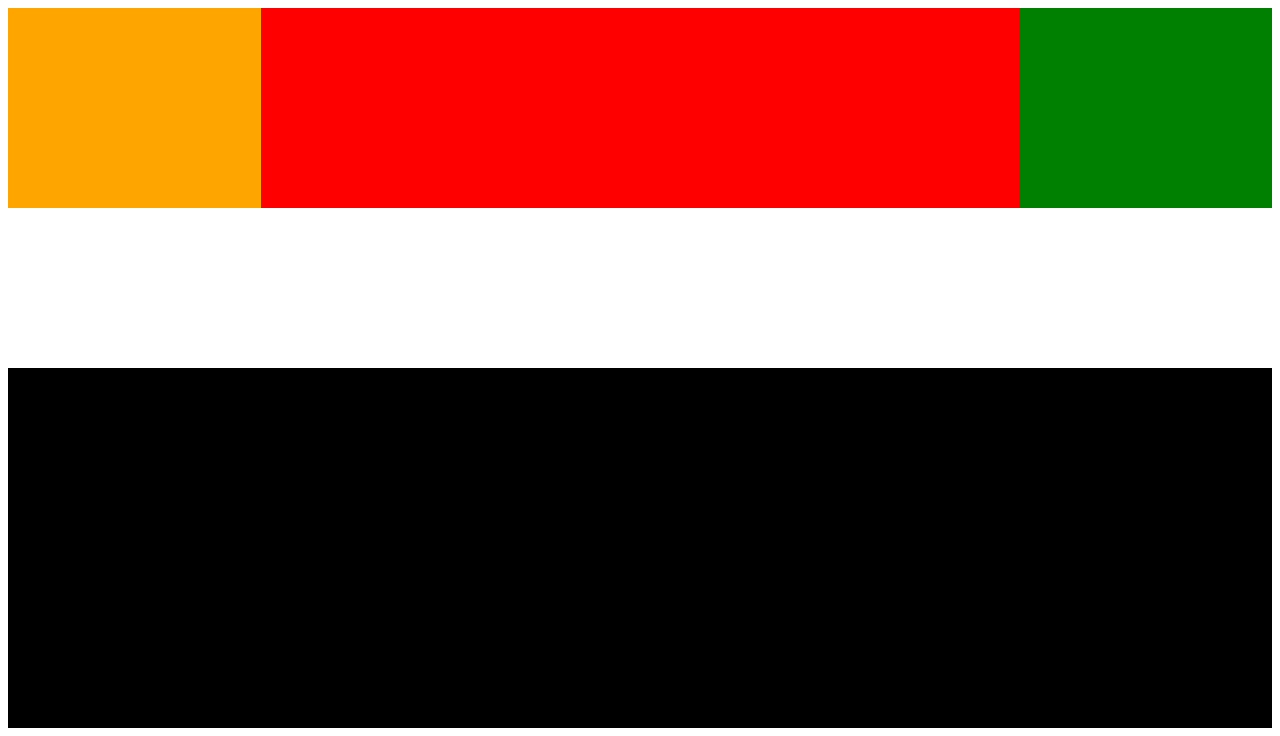
Repository: fixbb/workspace
Page: 015元素的浮动布局/index2.html
The author's editor kept a copy of each file at every save. The page is drawn from the files as they stood at one save, then again after the next save.
The browser window is 1280 px wide. The pictures show the whole page.

Above is the page before, as saved 2021-08-29 21:26:40.

### 015元素的浮动布局/index2.html
<!DOCTYPE html>
<html lang="en">

<head>
    <meta charset="UTF-8">
    <meta http-equiv="X-UA-Compatible" content="IE=edge">
    <meta name="viewport" content="width=device-width, initial-scale=1.0">
    <title>Document</title>
    <style>
        .a {
            width: 20%;
            background: orange;
        }

        .b {
            width: 60%;
            background: red;
        }

        .c {
            width: 20%;
            background: green;
        }

        .a,
        .b,
        .c {
            float: left;
            height: 200px;
        }

        .h {
            height: 360px;
            background: black;
        }
        .hh {
            height: 360px;
            background: white;
        }
    </style>
</head>

<body>
    <!-- 编写完一个横排的三个元素，占满一个横排后，
        若是继续编写接下来的元素，会出现一个问题：由于这三个元素是浮动的，
        后来的元素就会被这三个元素遮挡。 -->
    <!-- 解决方法：为三个浮动的元素套上一个不浮动的父级元素，就可以避免横排的浮动元素，会遮盖后来的元素 -->
    <div class="hh">
        <div class="a"></div>
        <div class="b"></div>
        <div class="c"></div>
    </div>


    <div class="h"></div>
</body>

</html>

After the next save:
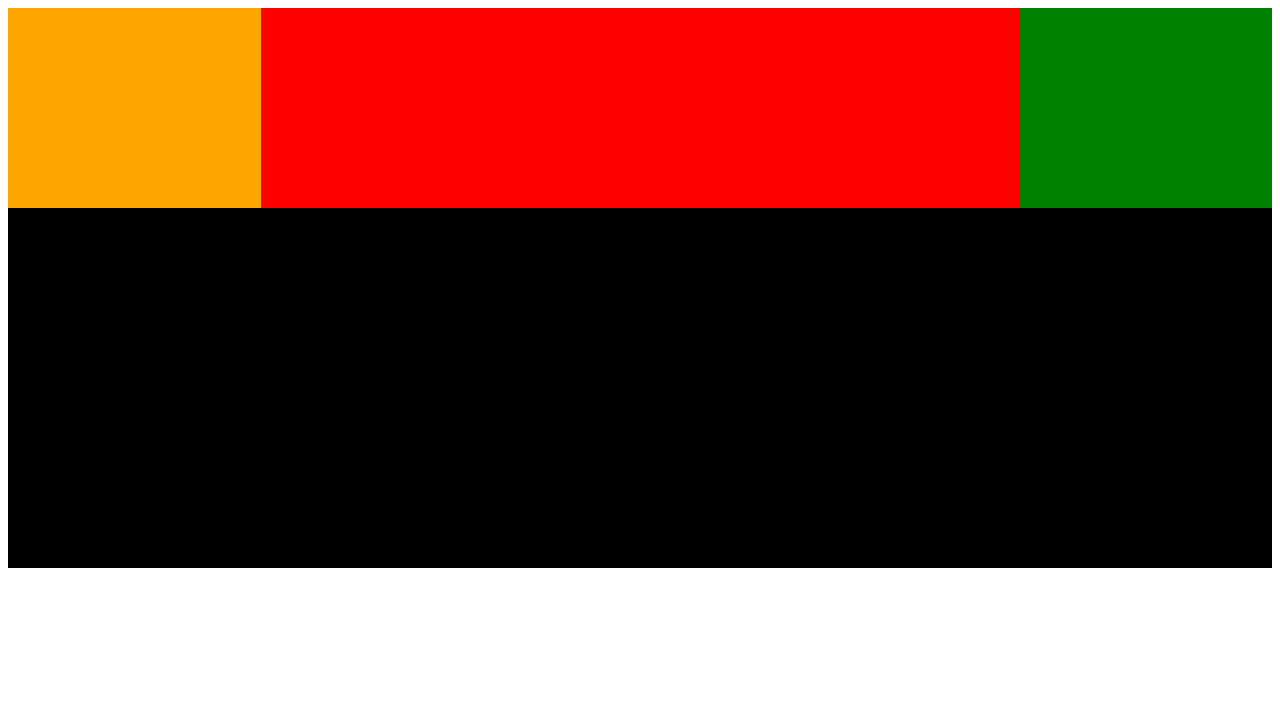
Saved 49 s later.
--- a/015元素的浮动布局/index2.html
+++ b/015元素的浮动布局/index2.html
@@ -34,7 +34,7 @@
             background: black;
         }
         .hh {
-            height: 360px;
+            height: 200px;
             background: white;
         }
     </style>
